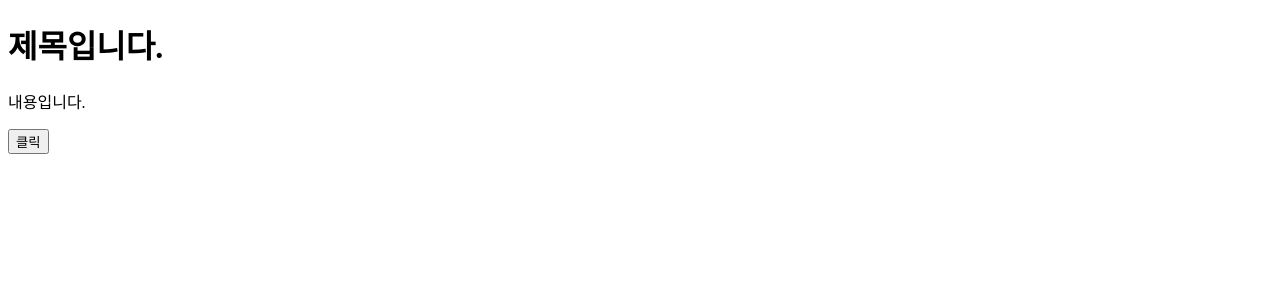
Repository: Hswwwww/WEB
Page: ClientTest/src/main/webapp/html/ex03_basic.html
An editor plug-in stored every save of this project. The page is shown before and after the next save, followed by the edit.
The browser window is 1280 px wide. The pictures show the whole page.

Above is the page before, as saved 2024-03-12 06:24:43.

### ClientTest/src/main/webapp/html/ex03_basic.html
<!DOCTYPE html>
<html>
<head>
<meta charset="UTF-8">
<title>Insert title here</title>
</head>
<body>
<!--

	HTML 언어 구성 요소

	1. 태그(Tag) / 요소 (Element)
	2. 속성(Attribute)
	3. 텍스트(PCDATA)
	-----------------------------------
	4. 주석(Comment)
	-----------------------------------
	5. 선언문(Declaration)
	6. 엔티티(Entity)
	7. 외부 요소
	8. 등등...

	1. 태그(Tag) / 요소 (Element)
	- 명령어를 <>로 묶어놓은 요소
	- HTML 문법의 주요 요소
	- HTML 문서의 골격(뼈대)을 만드는 역할(레이아웃을 잡는 역할)
	- 데이터(문자열,이미지 등)을 출력하는 역할
	- 각 태그마다 역할 부여 > 출력되는 형태 or 기능이 다르다.

	1.1 HTML 태그 표현 방식
		a. <태그명>내용물 영역</태그명>
			- 쌍태그
			- <태그명> : 시작태그
			- </태그명> : 끝 태그
			- 영역을 가지는 태그

		b. <태그명>, <태그명></태그명>, <태그명/>
			- 단독태그, 빈태그(Empty Tag)
			- 영역을 가지지 않는 태그

	1.2 태그 내용물 혁식, Content Type
		- <태그>형식</태그>
		a. 자식 태그
			- 또 다른 태그들이 내용물로 구성된다.
			- 문자열은 올 수 없다.
		b. PCDATA . Parsed Character Data
			- 문자열만 올 수 있다.
			- 자식 태그를 가질 수 없다.

		c. Empty
			- 아무것도 가지지 않든다. > 빈태그, 단독 태그
		d. Mixed, 혼합형
			- 자식으로 태그와 문자열이 모두 올 수 있다.
			- a + b + c
			- HTML 태그의 대부분이 혼합형이다.


		2. 속성(Attribute)
		- 태그가 가지는 데이터의 한 종류
		- 태그의 성질을 정의하는 요소


  -->
	<h1> 제목입니다.</h1>
	<p>내용입니다.</p>
	<input type = "button" value = "클릭">

</body>
</html>

After the next save:
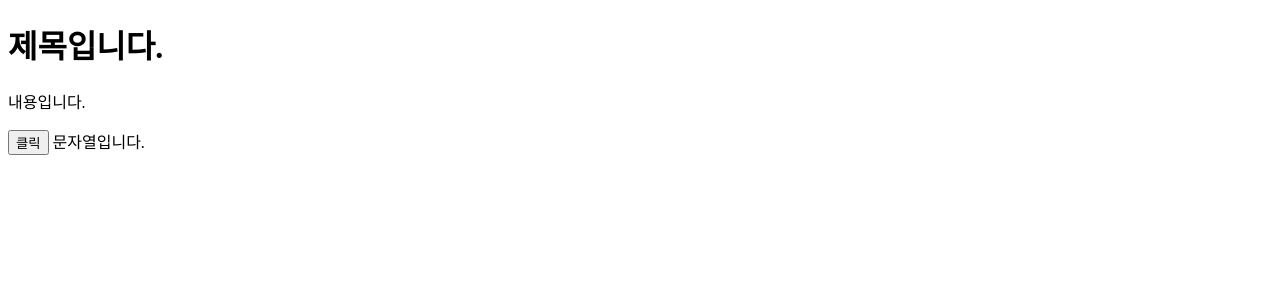
Saved 20 s later.
--- a/ClientTest/src/main/webapp/html/ex03_basic.html
+++ b/ClientTest/src/main/webapp/html/ex03_basic.html
@@ -65,5 +65,9 @@
 	<p>내용입니다.</p>
 	<input type = "button" value = "클릭">
 
+
+	<font>문자열입니다.</font>
+
+
 </body>
 </html>
